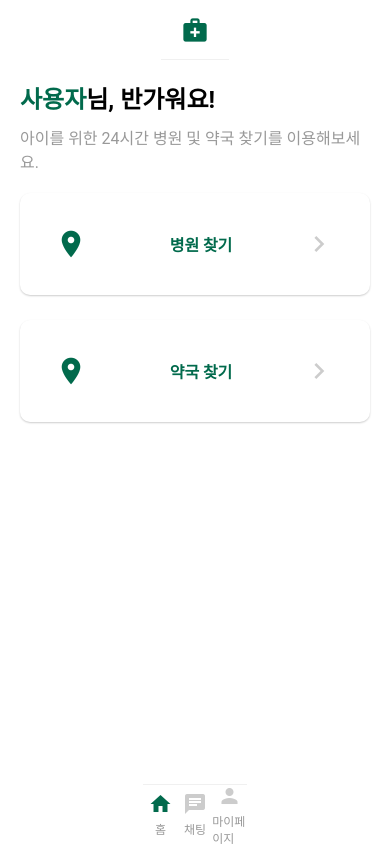
Repository: Sesac-icare/FrontEndiCare
Screen: / (app in iCare/)
An editor plug-in stored every save of this project. The screen is shown before and after the next save, followed by the edit.
The app was drawn by React Native's web renderer in a window 390 px wide. The project was rebuilt for these pictures with package versions that can differ from the ones it lists, and the page was loaded fresh each time. Some packages were replaced by stand-ins written for this rebuild.

Above is the screen before, as saved 2025-02-04 16:26:55.

After the next save:
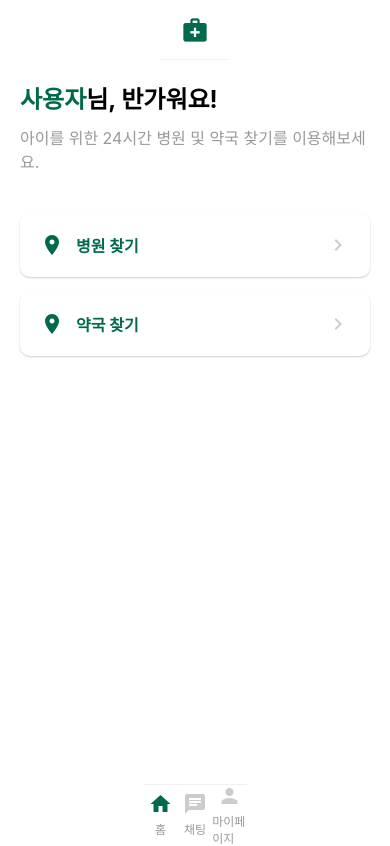
Saved 118 s later.
--- a/iCare/components/Contents.js
+++ b/iCare/components/Contents.js
@@ -5,32 +5,15 @@ import { MaterialIcons } from "@expo/vector-icons";
 export default function Contents() {
   return (
     <View style={styles.container}>
-      <View style={styles.titleContainer}>
-        <Text
-          style={[
-            styles.titleGreen,
-            { fontFamily: Platform.OS === "ios" ? "System" : "Roboto" }
-          ]}
-        >
-          사용자
-        </Text>
-        <Text
-          style={[
-            styles.title,
-            { fontFamily: Platform.OS === "ios" ? "System" : "Roboto" }
-          ]}
-        >
-          님, 반가워요!
+      <View style={styles.titleWrapper}>
+        <View style={styles.titleContainer}>
+          <Text style={styles.titleGreen}>사용자</Text>
+          <Text style={styles.title}>님, 반가워요!</Text>
+        </View>
+        <Text style={styles.subtitle}>
+          아이를 위한 24시간 병원 및 약국 찾기를 이용해보세요.
         </Text>
       </View>
-      <Text
-        style={[
-          styles.subtitle,
-          { fontFamily: Platform.OS === "ios" ? "System" : "Roboto" }
-        ]}
-      >
-        아이를 위한 24시간 병원 및 약국 찾기를 이용해보세요.
-      </Text>
       <TouchableOpacity
         style={styles.button}
         onPress={() => {
@@ -38,9 +21,19 @@ export default function Contents() {
         }}
       >
         <View style={styles.buttonContent}>
-          <MaterialIcons name="location-on" size={24} color="#016a4c" style={styles.buttonIcon} />
+          <MaterialIcons
+            name="location-on"
+            size={24}
+            color="#016a4c"
+            style={styles.buttonIcon}
+          />
           <Text style={styles.buttonText}>병원 찾기</Text>
-          <MaterialIcons name="chevron-right" size={24} color="#CCCCCC" style={styles.arrowIcon} />
+          <MaterialIcons
+            name="chevron-right"
+            size={24}
+            color="#CCCCCC"
+            style={styles.arrowIcon}
+          />
         </View>
       </TouchableOpacity>
       <TouchableOpacity
@@ -50,9 +43,19 @@ export default function Contents() {
         }}
       >
         <View style={styles.buttonContent}>
-          <MaterialIcons name="location-on" size={24} color="#016a4c" style={styles.buttonIcon} />
+          <MaterialIcons
+            name="location-on"
+            size={24}
+            color="#016a4c"
+            style={styles.buttonIcon}
+          />
           <Text style={styles.buttonText}>약국 찾기</Text>
-          <MaterialIcons name="chevron-right" size={24} color="#CCCCCC" style={styles.arrowIcon} />
+          <MaterialIcons
+            name="chevron-right"
+            size={24}
+            color="#CCCCCC"
+            style={styles.arrowIcon}
+          />
         </View>
       </TouchableOpacity>
     </View>
@@ -65,8 +68,12 @@ const styles = StyleSheet.create({
     backgroundColor: "#fff",
     padding: 20
   },
+  titleWrapper: {
+    marginBottom: 40
+  },
   titleContainer: {
-    flexDirection: "row"
+    flexDirection: "row",
+    marginBottom: 10
   },
   titleGreen: {
     fontSize: 24,
@@ -76,20 +83,18 @@ const styles = StyleSheet.create({
   title: {
     fontSize: 24,
     fontWeight: "bold",
-    color: "black",
-    marginBottom: 10
+    color: "black"
   },
   subtitle: {
     fontSize: 16,
-    color: "#999999",
-    marginBottom: 20
+    color: "#999999"
   },
   button: {
     backgroundColor: "#fff",
-    padding: 35,
+    padding: 20,
     width: "100%",
     borderRadius: 10,
-    marginBottom: 25,
+    marginBottom: 15,
     elevation: 2,
     shadowColor: "#000",
     shadowOffset: {
@@ -101,23 +106,17 @@ const styles = StyleSheet.create({
   },
   buttonContent: {
     flexDirection: "row",
-    alignItems: "center",
-    justifyContent: "center"
+    alignItems: "center"
   },
   buttonIcon: {
-    fontSize: 32,
     marginRight: 12
   },
   arrowIcon: {
-    fontSize: 32,
-    marginLeft: "auto",
-    color: "#CCCCCC"
+    marginLeft: "auto"
   },
   buttonText: {
     fontSize: 16,
     color: "#016a4c",
-    fontWeight: "bold",
-    flex: 1,
-    textAlign: "center"
+    fontWeight: "bold"
   }
 });
